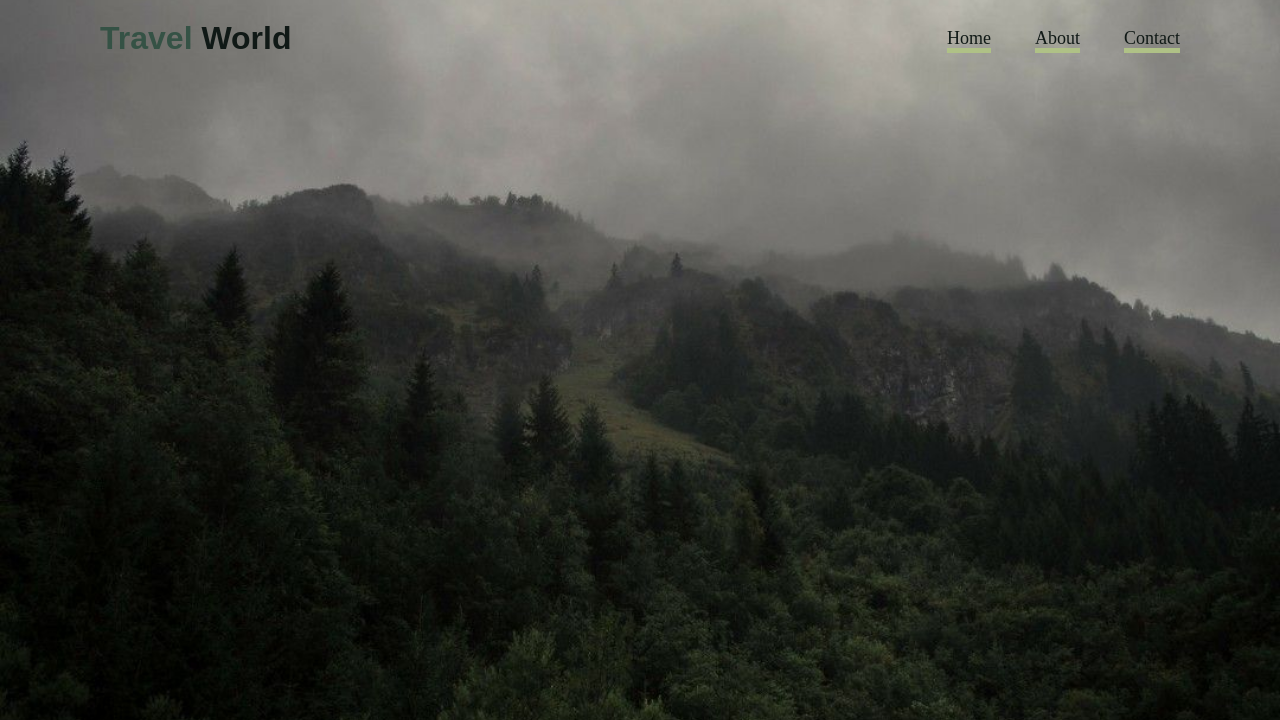
Repository: Haakim19/TravelWorld
Page: html/index.html
The author's editor kept a copy of each file at every save. The page is drawn from the files as they stood at one save, then again after the next save.
The browser window is 1280 px wide. The pictures show the whole page.

Above is the page before, as saved 2024-10-30 23:45:37.

### html/index.html
<!DOCTYPE html>
<html lang="en">
<head>
    <meta charset="UTF-8">
    <meta name="viewport" content="width=device-width, initial-scale=1.0">
    <title>Travel World</title>
    <link rel="stylesheet" href="../css/main.css">
</head>
<body>
    <header class="header">
        <h1 class="name">Travel <span>World</span></h1>
        <nav class="navbar">
                <a href="#">Home</a>
                <a href="#">About</a>
                <a href="#">Contact</a>
        </nav>
    </header>
    <!-- <img src="../assets/mirissa.jpg" alt=""> -->
    <!-- <div class="main-content">
        <div class="content">
            <h1>Sri Lanka</h1>
            <h2>Uncover the Wonders of the Pearl Island!</h2>
            <p>Discover the essence of Sri Lanka with a team that knows every hidden gem and iconic wonder! Our mission is to turn your trip into a blend of relaxation, excitement, and cultural discovery. From misty highlands and golden shores to rich heritage sites, our custom tours celebrate Sri Lanka’s breathtaking diversity. Get ready to make memories you’ll cherish forever as we take care of every detail for a truly magical journey!</p>
        </div>
        <div class="hover-card">
            <div id="card1">
                <div id="image-slider">
                    <img src="../assets/arugam bay.jpg" alt="">
                </div>
                <div id="card-content">
                    <h3><B>Pristine Beaches</B></h3>
                    <p> Golden sands and crystal-clear waters perfect for relaxation and water sports.</p>
                </div>
            </div>
            <div id="card2">
                <div id="image-slider">
                    <img src="../assets/teafeald.avif" alt="teafeald">
                    <img src="../assets/teafeald2.avif" alt="teafeald">
                </div>
                <div id="card-content">
                    <h3><B>Lush Tea Plantations</B></h3>
                    <p> Explore scenic hillsides and savor world-renowned Ceylon tea.</p>
                </div>
            </div>
            <div id="card3">
                <div id="image-slider">
                    <img src="../assets/temple.jpg" alt="temple">
                    <img src="../assets/ruins.webp" alt="">
                    <img src="../assets/temple3.jpg" alt="">
                </div>
                <div id="card-content">
                    <h3><B>Ancient Temples & Ruins</B></h3>
                    <p> Dive into a rich history with UNESCO heritage sites and sacred relics.</p>
                </div>
            </div>
            <div id="card4">
                <div id="image-slider">
                    <img src="../assets/yala.jpg" alt="">
                    <img src="../assets/wildlife.webp" alt="">
                    <img src="../assets/wildlife02.jpg" alt="">
                    <img src="../assets/wildlife04.jpg" alt="">
                </div>
                <div id="card-content">
                    <h3><B>Wildlife Safaris</B></h3>
                    <p> Encounter elephants, leopards, and exotic birds in diverse national parks.</p>
                </div>
            </div>
            <div id="card5">
                <div id="image-slider">
                    <img src="../assets/Ella02.jpg" alt="Ella">
                    <img src="../assets/Hanthana.jpg" alt="">
                    <img src="../assets/mountains02.jpg" alt="">
                </div>
                <div id="card-content">
                    <h3><B>Mountain Escapes</B></h3>
                    <p> Misty highlands with waterfalls, hiking trails, and cool climates.</p>
                </div>
            </div>
            <div id="card6">
                <div id="image-slider">
                    <img src="../assets/festivel.jpg" alt="">
                    <img src="../assets/festivel02.jpg" alt="">
                </div>
                <div id="card-content">
                    <h3><B>Cultural Festivals</B></h3>
                    <p> Vibrant celebrations showcasing traditional dance, music, and customs.</p>
                </div>
            </div>
            <div id="card7">
                <div id="image-slide">
                    <img src="../assets/cuisine.jpeg" alt="">
                    <img src="../assets/cuisine02.jpeg" alt="">
                    <img src="../assets/cuisine03.jpg" alt="">

                </div>
                <div id="card-content">
                    <h3><B>Flavorful Cuisine</B></h3>
                    <p> Delight in spicy curries, fresh seafood, and tropical fruits.</p>
                </div>
            </div>

        </div>
    </div>
    <div class="footer">
        <div id="icon">
            <img src="../assets/twitter.png" alt="twitter">
            <img src="../assets/facebook.png" alt="facebook">
            <img src="../assets/instagram.png" alt="instagram">
            <img src="../assets/whatsapp.png" alt="whatsapp">
        </div>
    </div> -->
</body>
</html>

### css/main.css
*{
    --color1: #101916;
    --color2:#355245;
    --color3:#afc186;
    --color4:#648374;
    --color5:#e3e5d8;
    --font01:Marker Felt, fantasy;
    --font02:cursive;
    --font03:DejaVu Sans Mono, monospace;
    --font04:Comic Sans MS, cursive;
    margin: 0;
    padding: 0;
    box-sizing: border-box;
}
body{
    min-height: 100vh;
    /* background: url('https://i.pinimg.com/564x/c7/36/f8/c736f83436d84ddc039fe42de40c8ec7.jpg'); */
    background:url('../assets/bg.jpg') no-repeat;
    background-size: cover;
    background-position: center;
}
.header{
    position: fixed;
    top: 0;
    left: 0;
    width: 100%;
    padding: 20px 100px;
    display: flex;
    justify-content:space-between;
    align-items: center;
    z-index: 100;
}
.name{
    font-family: "poppins", sans-serif;
    font-size: 32px;
    color: var(--color2);
    text-decoration: none;
    font-weight: 700;
}
.name span{
    color: var(--color1);
}
.navbar a{
    position: relative;
    font-size: 18px;
    color: var(--color1);
    text-decoration: none;
    font-weight: 500;
    margin-left: 40px;
}
.navbar a::before{
    content: '';
    position: absolute;
    top: 100%;
    left: 0;
    width: 100%;
    height: 5px;
    background: var(--color3);
}
/* div #hedding{
    display: flex;;
    align-items: center;
    justify-content: center;
    padding: 40px;
    padding-left: 20px;
    padding-right: 20px;
}
#hedding h1{
    color: var(--color5);
    font-family: var(--font04);
    font-size: 35px;
    flex: content;
    gap: -20px;
    padding-left: 10%;
    padding-right: 10%;
}
#hedding span{
    color: var(--color1);
}
nav{
    display: flex;
    align-items: center;
    justify-content:center;
    word-spacing: 5px;
    gap: 100px;
    padding-left: 10%;
    padding-right: 10%;
}
nav ul li{
    list-style-type: none;
    display: inline-block;
    padding: 10px 20px;
}
nav ul li a{
    color: var(--color3);
    text-decoration: none;
    font-weight: bold;
    color: var(--color5);
    font-size: 20px;
    font-family: var(--font03);
}
nav ul li a:hover{
    color: var(--color1);
    transition: 0.3s;
}  */

After the next save:
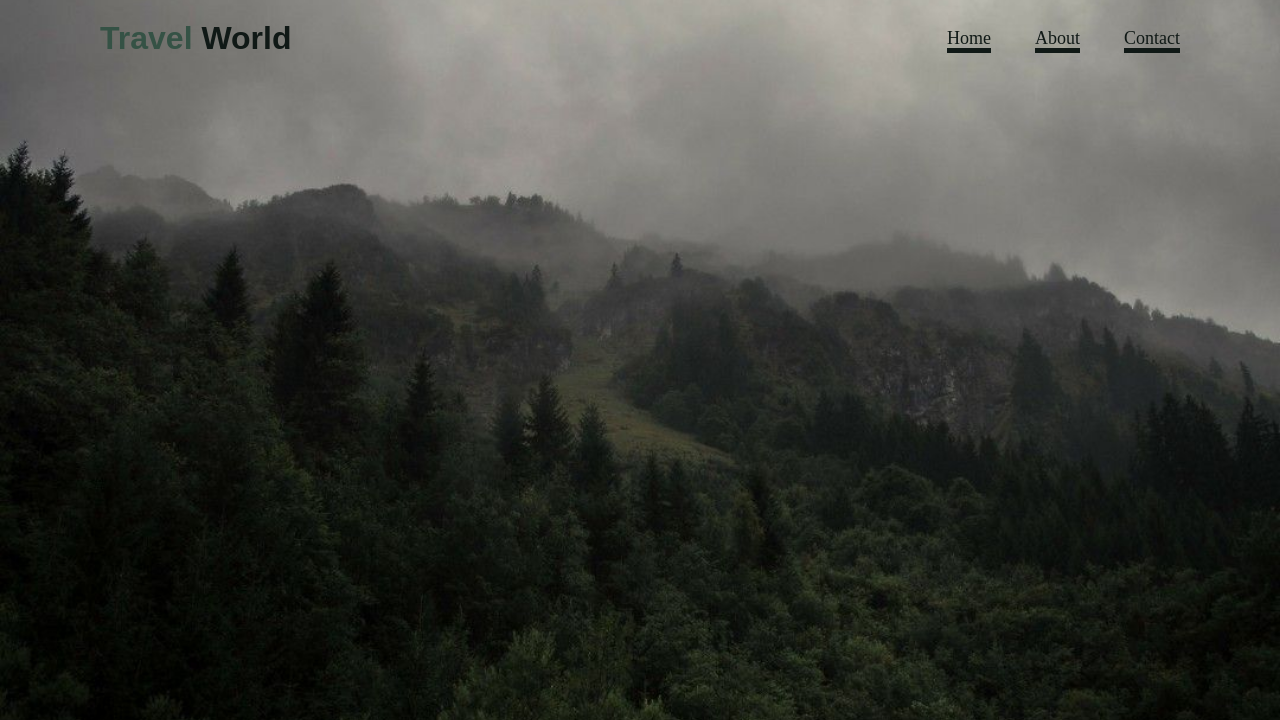
Saved 16 s later.
--- a/css/main.css
+++ b/css/main.css
@@ -55,7 +55,7 @@ body{
     left: 0;
     width: 100%;
     height: 5px;
-    background: var(--color3);
+    background: var(--color1);
 }
 /* div #hedding{
     display: flex;;
